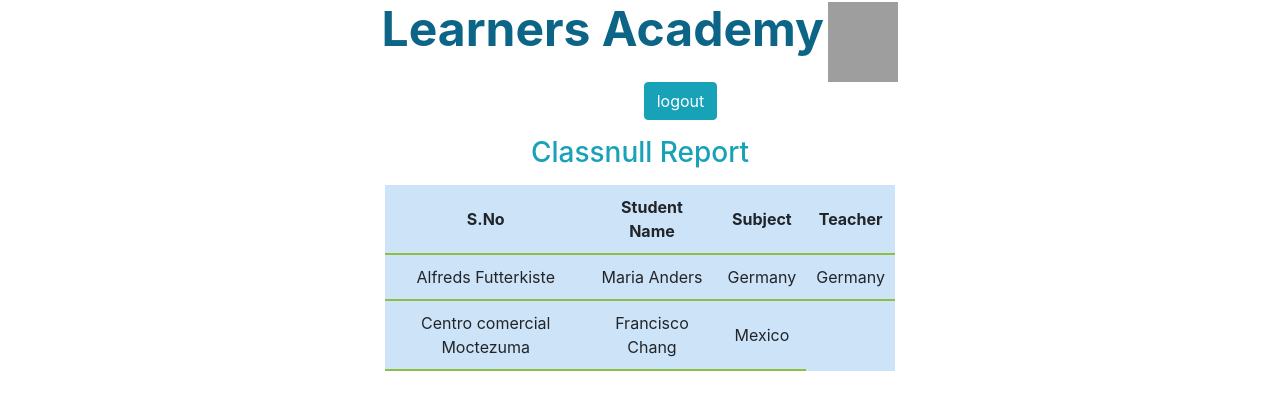
Repository: sindurup/Phase2Project
Page: http://localhost/LearnersAcademyPro/classReport.jsp
These files come from the project's save history. The page is drawn as it stood at one moment and after the next save; the edit follows.
The browser window is 1280 px wide. The pictures show the whole page.
Pictures or frames that could not be fetched are drawn as grey boxes. Some web libraries are served in a nearby version. The page is served by Tomcat 9. Other server files are loaded and not shown.

Above is the page before, as saved 2021-09-29 04:29:25.
Console error: TypeError: Cannot read properties of undefined (reading 'fn')

### LearnersAcademyPro/src/main/webapp/classReport.jsp
<%@ page language="java" contentType="text/html; charset=ISO-8859-1"
    pageEncoding="ISO-8859-1"%>
<!DOCTYPE html>


<html>
<link href="//maxcdn.bootstrapcdn.com/bootstrap/4.1.1/css/bootstrap.min.css" rel="stylesheet" id="bootstrap-css">
<script src="//maxcdn.bootstrapcdn.com/bootstrap/4.1.1/js/bootstrap.min.js"></script>
<script src="//cdnjs.cloudflare.com/ajax/libs/jquery/3.2.1/jquery.min.js"></script>

<head>
<meta charset="ISO-8859-1">
<title>Learners Academy</title>
<style>
      table {
        border: 1px;
        background-color: #cde3f7;
      }
      td,
      th {
        padding: 10px;
        border-bottom: 2px solid #8ebf42;
        text-align: center;
        background-color: #cde3f7;
      }
    </style>
</head>
<body>

<div align="center"><label ><h1 class="text-center text-info"><font color="0C6486" size="50px"><b>Learners Academy</b></font></h1></label>
 <img src="D:\Phase2Project\LearnersAcademyPro\1.png" style="width:70px;height:80px;" align="middle"></div>
   <div class="form-group" align="center" >
   <form id="logout" class="form" action="logout" method="post">

    &nbsp;&nbsp;&nbsp;&nbsp;&nbsp;&nbsp;&nbsp;&nbsp;&nbsp;&nbsp;&nbsp;&nbsp;&nbsp;&nbsp;&nbsp;&nbsp;&nbsp; <input type="submit" name="submit" class="btn btn-info btn-md" value="logout">
    </form>
                            </div>
    <div id="login">
      <h3 class="text-center text-info">Class<%=request.getParameter("cls") %> Report</h3>

        <div class="container">

            <div id="login-row" class="row justify-content-center align-items-center">
                <div id="login-column" class="col-md-6">
                    <div id="login-box" class="col-md-12">



                     <form id="clsReport" class="form" action=""  name="clsReport" >
                            <h3 class="text-info"></h3>
                            <div class="form-group">


                             <table>
  <tr >
    <th>S.No</th>
    <th>Student Name</th>
    <th>Subject</th>
    <th>Teacher</th>
  </tr>
  <tr>
    <td>Alfreds Futterkiste</td>
    <td>Maria Anders</td>
    <td>Germany</td>
     <td>Germany</td>
  </tr>
  <tr>
    <td>Centro comercial Moctezuma</td>
    <td>Francisco Chang</td>
    <td>Mexico</td>
  </tr>
</table>

                            </div>

                            <div class="form-group">


                            </div>

                        </form>



                    </div>
                </div>
            </div>
        </div>
    </div>
</body>
</html>

After the next save:
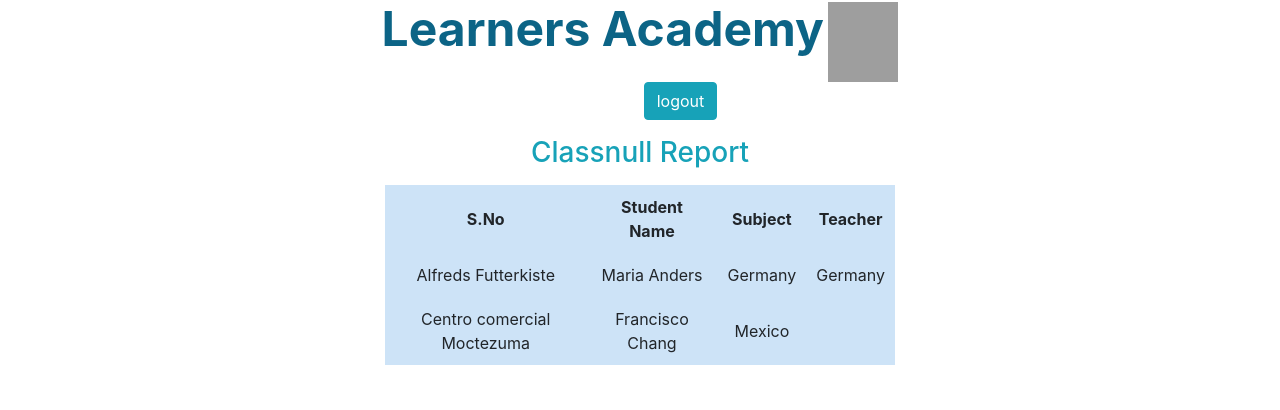
Saved 23 s later.
--- a/LearnersAcademyPro/src/main/webapp/classReport.jsp
+++ b/LearnersAcademyPro/src/main/webapp/classReport.jsp
@@ -19,7 +19,7 @@
       td,
       th {
         padding: 10px;
-        border-bottom: 2px solid #8ebf42;
+
         text-align: center;
         background-color: #cde3f7;
       }
